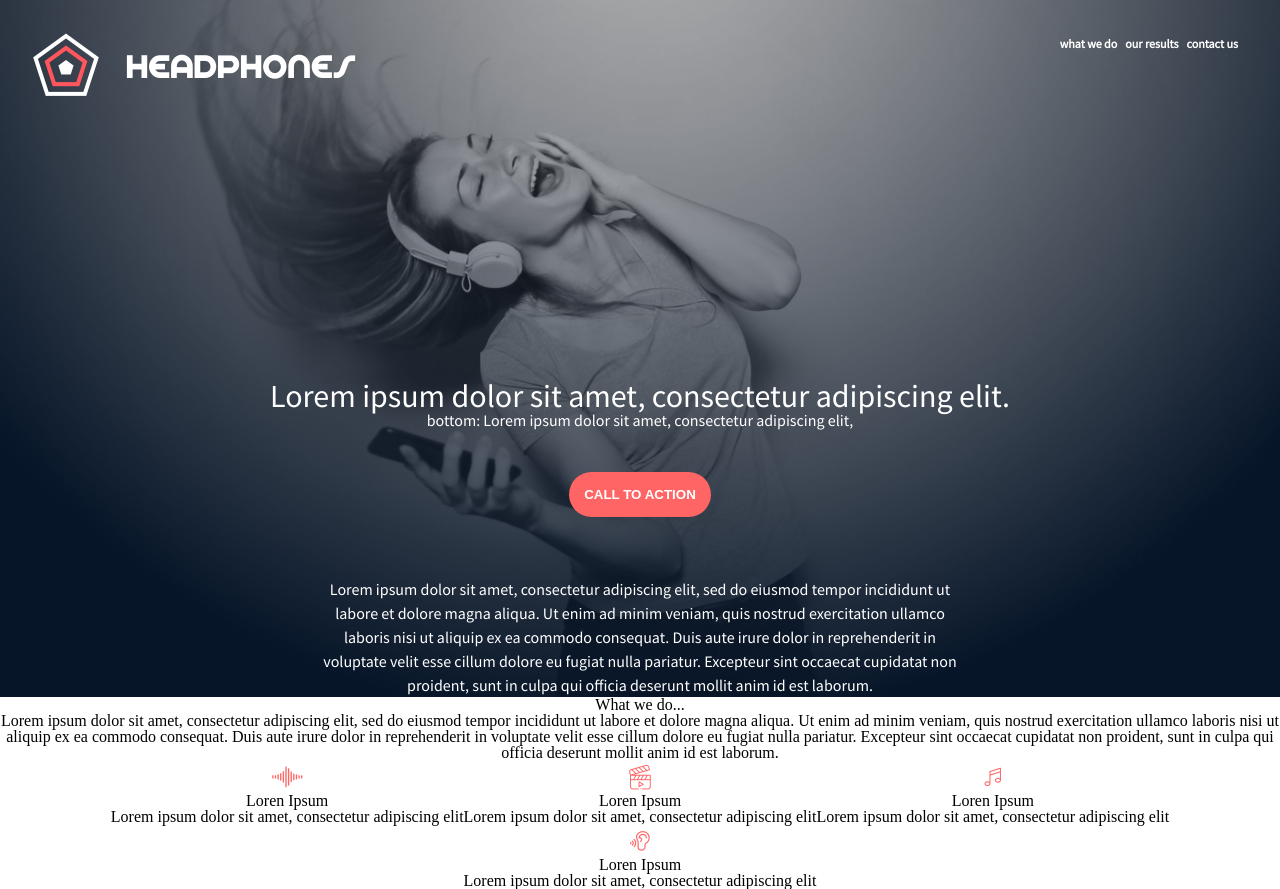
Repository: seleniadelgado/holbertonschool-web_front_end
Page: 0x09-implement_a_design_from_scratch/1-index.html
These files come from the project's save history. The page is drawn as it stood at one moment and after the next save; the edit follows.
The browser window is 1280 px wide. The pictures show the whole page.

Above is the page before, as saved 2020-03-19 16:05:45.

### 0x09-implement_a_design_from_scratch/1-index.html
<!DOCTYPE <!DOCTYPE html>
<head>
    <meta charset="utf-8">
    <title>Headphones</title>
    <meta name="description" content="">
    <meta name="viewport" content="width=device-width, initial-scale=1">
    <link rel="stylesheet" href="1-styles.css">
    <link rel="stylesheet" href="reset.css">
    <link rel="stylesheet" href="./holberton_school-icon/style.css">
    <link href="https://fonts.googleapis.com/css?family=Source+Sans+Pro&display=swap" rel="stylesheet">
</head>
<body>
<!-- nav bar -->
    <header>
        <div class="firstdiv">
            <nav>
                <input type="checkbox" id="menu">
                <label for="menu" id="nav-icon"></label>
                <div class="logo"><img href="active" href="#home"><img src="./images/logo_headphones.png" alt="logo"></a></div>
                <div class="main-nav">
                    <ul class="nav-header">
                        <li><a href="#what-we-do">what we do</a></li>
                        <li><a href="#our-results">our results</a></li>
                        <li><a href="#contact-us">contact us</a></li>
                    </ul>
                </div>
            </nav>
        </div>
<!-- Content -->
        <div class="seconddiv">
            <div class="text">
                <h1>Lorem ipsum dolor sit amet, consectetur adipiscing elit.</h1>
                <p>bottom: Lorem ipsum dolor sit amet, consectetur adipiscing elit, </p>
            </div>
        </div>
        <div class="thirddiv">
        <button id="button">CALL TO ACTION</button>
        <p class="longParagraph">Lorem ipsum dolor sit amet, consectetur adipiscing elit, sed do eiusmod tempor incididunt ut labore et dolore magna aliqua.
            Ut enim ad minim veniam, quis nostrud exercitation ullamco laboris nisi ut aliquip ex ea commodo consequat.
            Duis aute irure dolor in reprehenderit in voluptate velit esse cillum dolore eu fugiat nulla pariatur. Excepteur sint occaecat cupidatat non proident,
            sunt in culpa qui officia deserunt mollit anim id est laborum.</p>
            </div>
        </div>
    </div>
    </header>
    <div class="content">
        <h1>What we do...</h1>
        <p> Lorem ipsum dolor sit amet, consectetur adipiscing elit, sed do eiusmod tempor incididunt ut labore et dolore magna aliqua.
            Ut enim ad minim veniam, quis nostrud exercitation ullamco laboris nisi ut aliquip ex ea commodo consequat.
            Duis aute irure dolor in reprehenderit in voluptate velit esse cillum dolore eu fugiat nulla pariatur. Excepteur sint occaecat cupidatat non proident,
            sunt in culpa qui officia deserunt mollit anim id est laborum.
        </p>
        <div class="grid">
            <div>
                <div class="icon, item holberton_school-icon-ic_sound"></div>
                <h6>Loren Ipsum</h6>
                <p>Lorem ipsum dolor sit amet, consectetur adipiscing elit</p>
            </div>
            <div>
                <div class="icon, item holberton_school-icon-ic_video"></div>
                <h6>Loren Ipsum</h6>
                <p>Lorem ipsum dolor sit amet, consectetur adipiscing elit</p>
            </div>
            <div>
                <div class="item holberton_school-icon-ic_music"></div>
                <h6>Loren Ipsum</h6>
                <p>Lorem ipsum dolor sit amet, consectetur adipiscing elit</p>
            </div>
            <div>
                <div class="icon item holberton_school-icon-ic_hearing"></div>
                <h6>Loren Ipsum</h6>
                <p>Lorem ipsum dolor sit amet, consectetur adipiscing elit</p>
            </div>

        </div>
    </div>





    </body>
</html>

### 0x09-implement_a_design_from_scratch/1-styles.css

:root {
    --font-size-sm: 12px;
    --font-size-md: 16px;
    --font-size-lg: 32px;
    --font-size-button: 14px;
    --color-primary-red: #FF6565;
    --color-body-white: white;
    --color-body-black: black;
    --font-family: 'Source Sans Pro', sans-serif;
}
/* header */
header {
    width: 100%;
    background: transparent;
    position: relative;
    color: var(--color-body-white);
    background-image: url("images/headphones_hero_1.jpg");
    background-repeat: no-repeat;
    background-size: cover;
    font-family: var(--font-family);
}
header .firstdiv {
    justify-content: space-between;
    align-content: space-between;
    padding: 2rem;
    flex-wrap: wrap;
}
header .firstdiv nav {
    width: 100%;
    display: flex;
    justify-content: space-between;
    align-content: space-between;
    position: relative;
}
a {
    margin: auto 1.25rem;
    color: var(--color-body-white);
    text-decoration: none;
    font-family: var(--font-family);
}
a:hover, a:active {
    color: var(--color-primary-red)
}
#menu {
    display: none;
    position: absolute;
}
#nav-icon {
    display: none;
    position: absolute;
}
.logo {
    float: left;
}

.nav-header {
    display: inline-flex;
    margin: auto 0;
    list-style-type: none;
    font-size: var(--font-size-sm);
    font-weight: bolder;
    font-family: var(--font-family);
}
.main-nav ul {
    border: 6px transparent solid;
    justify-content: space-between;
}
.main-nav ul li a {
    border: 4px transparent solid;
    font-family: var(--font-family);

}

/* nav */
.seconddiv {
    text-align: center;
}
.thirddiv {
    text-align: center;
}
/*text */
.text {
    padding-top: 20%;
    text-align: center;
    line-height: 32px;
}
.text h1 {
    font-size: var(--font-size-md);
    color: var(--color-body-white);
}
.text p {
    font: var(--font-size-sm);
    color: var(--color-body-white);
}

/* button */
#button {
    padding: 15px;
    margin-top: 40px;
    margin-bottom: 60px;
    border-radius: 4em;
    background-color: #FF6565;
    box-shadow: var(--color-body-black);
    border-style: none;
    color: var(--color-body-white);
    font-weight: bolder;
}
#button:hover {
    opacity: 0.9;
}
/* end button */
/* start longparagraph */
.longParagraph {
    display: flex;
    text-align: center;
    margin: 0% 25% 0% 25%;
    line-height: 24px;
    font-family: var(--font-family);
    font-size: var(--font-size-md);
    color: var(--color-body-white);
}

/* end longparagraph */
/* media query for screens less than 480px */
@media (max-width: 480px)
{
    header nav {
      flex-direction: column;
      align-items: center;
    }
    .logo {
      width: 50%;
      height: auto;
    }
    .nav-header {
      display: none;
      width: 100%;
      flex-direction: column;
      margin: 1rem auto;
      text-align: center;
      font-weight: bold;
      font-size: var(--font-size-btn);
      float: right;
      display: inline-flex;
      margin-right: 10%;
    }
    .nav-header li {
      width: 100%;
      margin: 0.5rem auto;
      padding-right: 50px;
      font-family: var(--font-family);
    }
    #nav-icon {
        background: var(--color-body-white);
        height: 2px;
        width: 13px;
        position: absolute;
        left: 1rem;
        top: 18px;
        display: block;
    }

    #nav-icon::before {
        content: "";
        background: var(--color-body-white);
        height: 2px;
        width: 20px;
        position: relative;
        top: -0.4rem;
        display: block;
        transition: all 0.2s ease;
    }

    #nav-icon::after {
        content: "";
        background: var(--color-body-white);
        height: 2px;
        width: 18px;
        position: relative;
        top: 0.3rem;
        display: block;
        transition: all 0.2s ease;
    }

    #menu:checked ~ .nav-header {
        display: inline-flex;
    }

    #menu:checked ~ #nav-icon {
        background: transparent;
    }

    #menu:checked ~ #nav-icon::before {
        transform: rotate(45deg);
        top: 3px;
        margin: auto;
    }

    #menu:checked ~ #nav-icon::after {
        width: 20px;
        transform: rotate(-45deg);
        top: 1px;
        margin: auto;
    }
}
.text {
    font-family: var(--font-family);
    line-height: 24px;
}
.text h1 {
    font-size: var(--font-size-lg);
}
.text p {
    font-size: var(--font-size-md);
}
/* menu btn ends */
.content {
    display: grid;
    text-align: center;
}
.grid {
    display: flex;
    flex-wrap: wrap;
    justify-content: center;
}
.item {
    color: var(--color-primary-red);
    font-size: var(--font-size-lg);
}

.item  p {
    color: var(--color-body-black);
    font-size: var(--font-size-sm);
}

### 0x09-implement_a_design_from_scratch/holberton_school-icon/style.css
@font-face {
  font-family: 'holberton_school-icon';
  src:  url('fonts/holberton_school-icon.eot?sq4eq4');
  src:  url('fonts/holberton_school-icon.eot?sq4eq4#iefix') format('embedded-opentype'),
    url('fonts/holberton_school-icon.ttf?sq4eq4') format('truetype'),
    url('fonts/holberton_school-icon.woff?sq4eq4') format('woff'),
    url('fonts/holberton_school-icon.svg?sq4eq4#holberton_school-icon') format('svg');
  font-weight: normal;
  font-style: normal;
  font-display: block;
}

[class^="holberton_school-icon-"], [class*=" holberton_school-icon-"] {
  /* use !important to prevent issues with browser extensions that change fonts */
  font-family: 'holberton_school-icon' !important;
  speak: none;
  font-style: normal;
  font-weight: normal;
  font-variant: normal;
  text-transform: none;
  line-height: 1;

  /* Better Font Rendering =========== */
  -webkit-font-smoothing: antialiased;
  -moz-osx-font-smoothing: grayscale;
}

.holberton_school-icon-arrow_1:before {
  content: "\e900";
}
.holberton_school-icon-arrow_2:before {
  content: "\e901";
}
.holberton_school-icon-arrow_3:before {
  content: "\e902";
}
.holberton_school-icon-arrow_4:before {
  content: "\e903";
}
.holberton_school-icon-arrow_5:before {
  content: "\e904";
}
.holberton_school-icon-check:before {
  content: "\e905";
}
.holberton_school-icon-ic_bag:before {
  content: "\e906";
}
.holberton_school-icon-ic_cart:before {
  content: "\e907";
}
.holberton_school-icon-ic_facebook:before {
  content: "\e908";
}
.holberton_school-icon-ic_hearing:before {
  content: "\e909";
}
.holberton_school-icon-ic_instagram:before {
  content: "\e90a";
}
.holberton_school-icon-ic_laptop:before {
  content: "\e90b";
}
.holberton_school-icon-ic_money:before {
  content: "\e90c";
}
.holberton_school-icon-ic_music:before {
  content: "\e90d";
}
.holberton_school-icon-ic_sound:before {
  content: "\e90e";
}
.holberton_school-icon-ic_twitter:before {
  content: "\e90f";
}
.holberton_school-icon-ic_video:before {
  content: "\e910";
}
.holberton_school-icon-menu:before {
  content: "\e911";
}
.holberton_school-icon-search_1:before {
  content: "\e912";
}
.holberton_school-icon-search_2:before {
  content: "\e913";
}
.holberton_school-icon-star:before {
  content: "\e914";
}

Loaded but not shown: 0x09-implement_a_design_from_scratch/reset.css (common file)

After the next save:
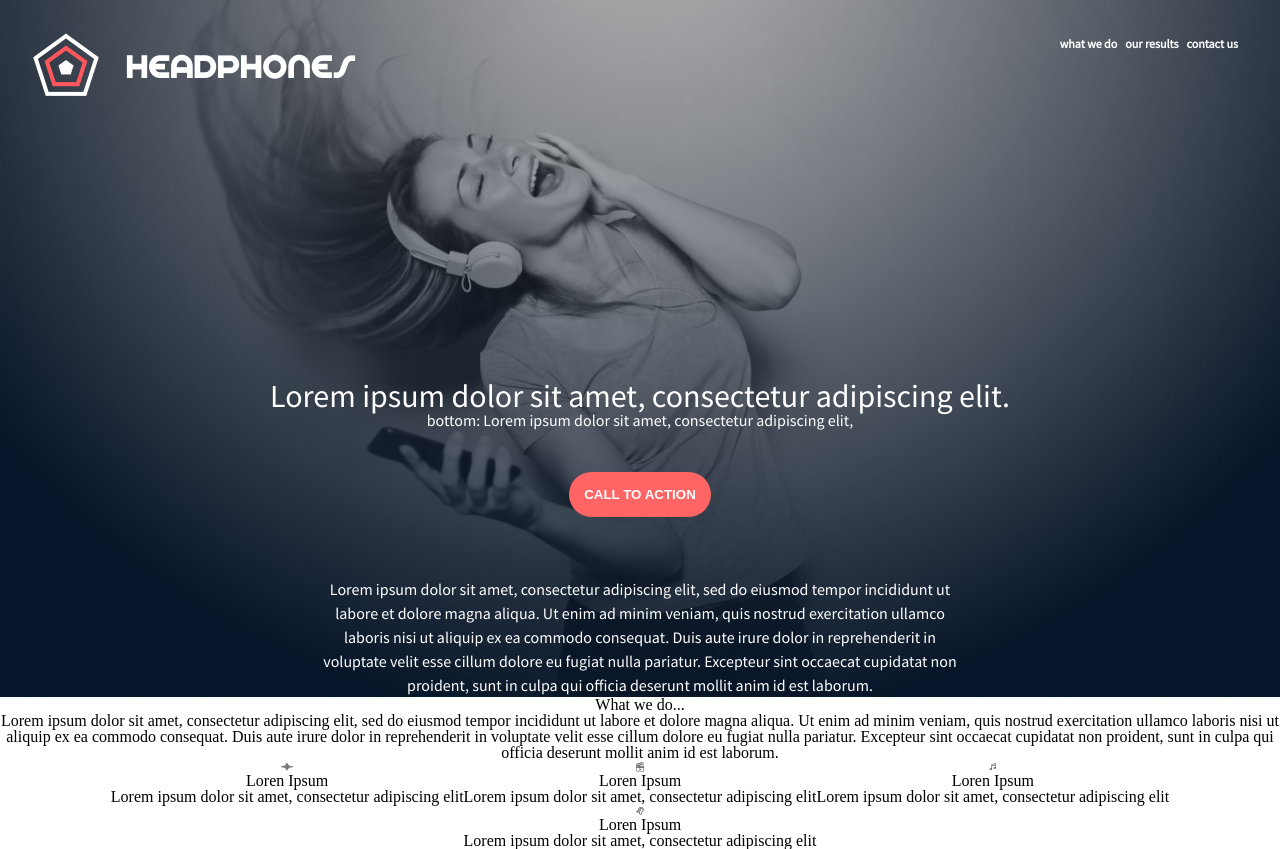
Saved 14 s later.
--- a/0x09-implement_a_design_from_scratch/1-styles.css
+++ b/0x09-implement_a_design_from_scratch/1-styles.css
@@ -229,7 +229,7 @@
     font-size: var(--font-size-lg);
 }
 
-.item  p {
+.item {
     color: var(--color-body-black);
     font-size: var(--font-size-sm);
 }

After the save that followed:
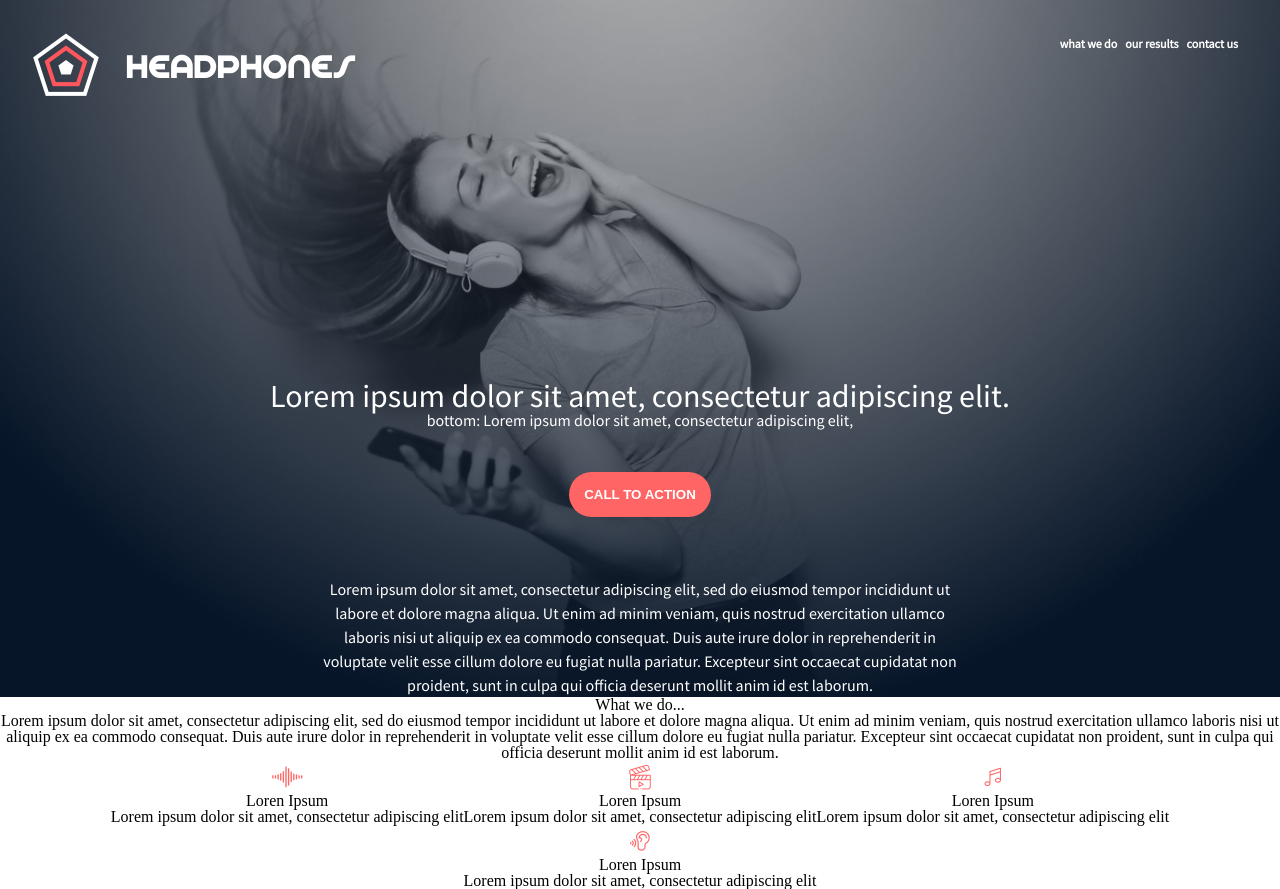
Saved 4 s later.
--- a/0x09-implement_a_design_from_scratch/1-styles.css
+++ b/0x09-implement_a_design_from_scratch/1-styles.css
@@ -229,7 +229,7 @@
     font-size: var(--font-size-lg);
 }
 
-.item {
+.item p {
     color: var(--color-body-black);
     font-size: var(--font-size-sm);
 }
